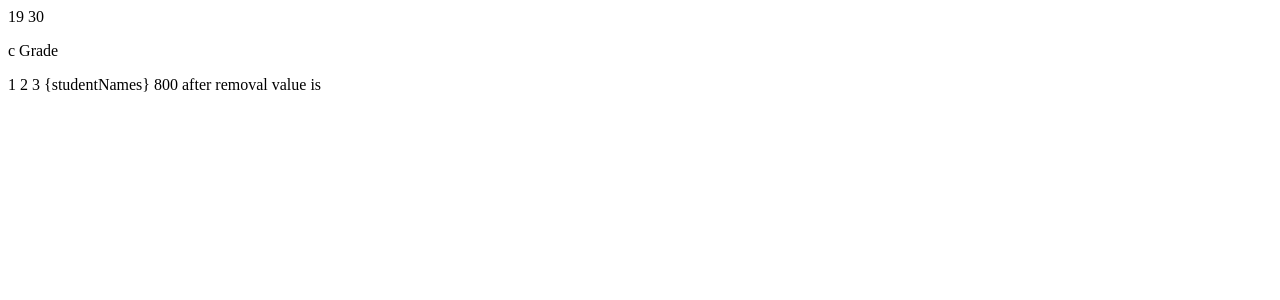
Repository: callgp/bt_servlet_jsp_jdbc
Page: http://localhost/JSTLTags/JSTLForEachDemo.jsp
An editor plug-in stored every save of this project. The page is shown before and after the next save, followed by the edit.
The browser window is 1280 px wide. The pictures show the whole page.
The page is served by Tomcat 9.

Above is the page before, as saved 2020-07-12 23:20:15.

After the next save:
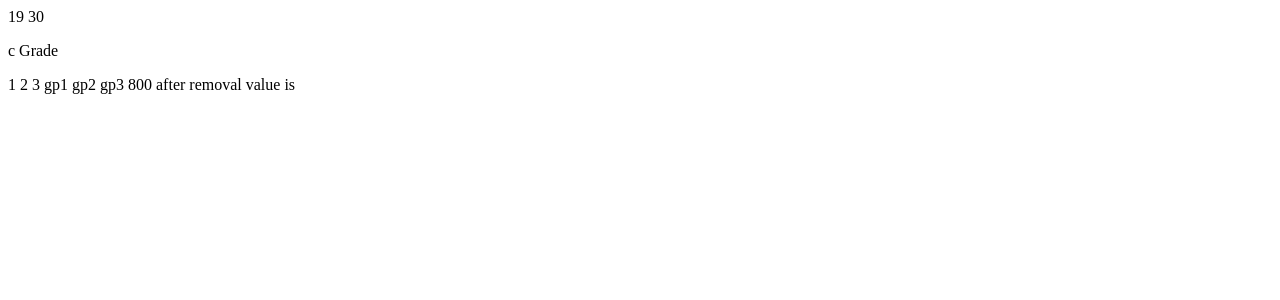
Saved 29 s later.
--- a/JSTLTags/WebContent/JSTLForEachDemo.jsp
+++ b/JSTLTags/WebContent/JSTLForEachDemo.jsp
@@ -62,7 +62,7 @@ request.setAttribute("studentNames", ls);
 %>
 
 
-<c:forEach var="studentName" items="{studentNames}">
+<c:forEach var="studentName" items="${studentNames}">
 
 <c:out value="${studentName}"/>
 </c:forEach>
